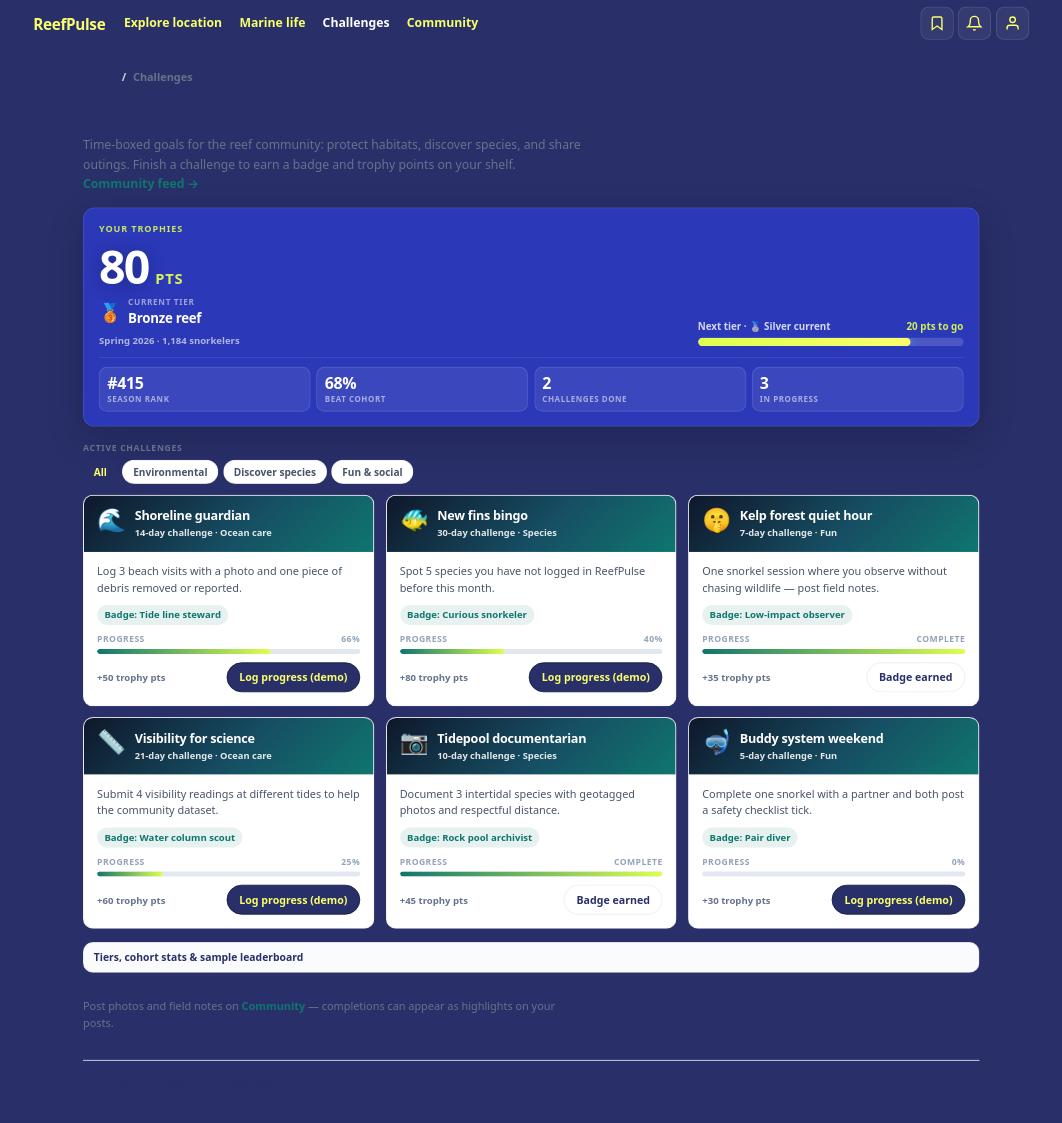
Repository: AayushSalvi/ReefPulse
Page: /challenges (app in frontend/)
These files come from the project's save history. The page is drawn as it stood at one moment and after the next save; the edit follows.
The browser window is 1280 px wide. The pictures show the whole page, at 83% of full size.
The project was rebuilt for these pictures with package versions that can differ from the ones it lists, and the page was loaded fresh each time. Also part of the build but not shown: frontend/vite.config.js, frontend/src/utils/geo.js, frontend/src/data/mockData.js, frontend/src/features/community/community.css, frontend/src/features/community/CommunityPage.jsx, frontend/src/features/explore/ExploreForecastRedirect.jsx, frontend/src/features/explore/ExploreMapsApiContext.jsx, frontend/src/features/explore/ExploreGoogleMapPanel.jsx and 20 more.

Above is the page before, as saved 2026-04-18 22:58:10.

### frontend/src/index.html
<!doctype html>
<html lang="en">
  <head>
    <meta charset="UTF-8" />
    <meta name="viewport" content="width=device-width, initial-scale=1.0" />
    <title>ReefPulse</title>
  </head>
  <body>
    <div id="root"></div>
    <script type="module" src="/main.jsx"></script>
  </body>
</html>

### frontend/src/main.jsx
/** App entry: React root + BrowserRouter (declarative router — not a data router). */
import React from "react";
import ReactDOM from "react-dom/client";
import { BrowserRouter } from "react-router-dom";
import App from "./App";
import "./styles/global.css";

ReactDOM.createRoot(document.getElementById("root")).render(
  <React.StrictMode>
    <BrowserRouter>
      <App />
    </BrowserRouter>
  </React.StrictMode>
);

### frontend/src/App.jsx
/**
 * ReefPulse — application routes
 *
 * Folder map (see `src/features/`):
 *   features/home/          → `/` marketing / home dashboard
 *   features/dashboard/     → `/dashboard` personalized “closest beach” view
 *   features/explore/       → `/explore`, `/explore/:locationId` location workspace + tabs
 *   features/marine-life/     → `/marine-life` species-first discovery
 *   features/community/     → `/community` posts & feed
 *   features/challenges/    → `/challenges` goals, badges, trophies
 *   features/saved/         → `/saved` alerts & saved places
 *   features/legacy/        → `/location/:id` redirects to Explore
 *   features/standalone/    → NOT routed here; optional admin / forecast UIs for future routes
 *
 * Shell: `layout/AppLayout.jsx` wraps all routes below except none (all under AppLayout).
 */
import { Navigate, Route, Routes } from "react-router-dom";
import AppLayout from "./layout/AppLayout";
import ChallengesPage from "./features/challenges/ChallengesPage";
import CommunityPage from "./features/community/CommunityPage";
import ExploreForecastRedirect from "./features/explore/ExploreForecastRedirect";
import ExploreIndexPage from "./features/explore/ExploreIndexPage";
import ExploreLayout from "./features/explore/ExploreLayout";
import ExploreLocationPage from "./features/explore/ExploreLocationPage";
import { ExploreMapsApiProvider } from "./features/explore/ExploreMapsApiContext";
import HomeDashboardPage from "./features/home/HomeDashboardPage";
import LegacyLocationRedirect from "./features/legacy/LegacyLocationRedirect";
import MarineLifeDiscoveryPage from "./features/marine-life/MarineLifeDiscoveryPage";
import SavedPlacesPage from "./features/saved/SavedPlacesPage";
import UserDashboardPage from "./features/dashboard/UserDashboardPage";

function App() {
  return (
    <Routes>
      <Route element={<AppLayout />}>
        {/* —— Public / marketing home —— */}
        <Route path="/" element={<HomeDashboardPage />} />

        {/* —— Explore: nested layout (sidebar + outlet) —— */}
        <Route path="/explore" element={<ExploreLayout />}>
          <Route index element={<ExploreIndexPage />} />
          <Route path=":locationId" element={<ExploreLocationPage />} />
          <Route path=":locationId/forecast" element={<ExploreForecastRedirect />} />
        </Route>

        {/* —— Other top-level app pages —— */}
        <Route
          path="/marine-life"
          element={
            <ExploreMapsApiProvider>
              <MarineLifeDiscoveryPage />
            </ExploreMapsApiProvider>
          }
        />
        <Route path="/dashboard" element={<UserDashboardPage />} />
        <Route path="/community" element={<CommunityPage />} />
        <Route path="/challenges" element={<ChallengesPage />} />
        <Route path="/saved" element={<SavedPlacesPage />} />

        {/* —— Back-compat deep links —— */}
        <Route path="/location/:locationId" element={<LegacyLocationRedirect />} />

        <Route path="*" element={<Navigate to="/" replace />} />
      </Route>
    </Routes>
  );
}

export default App;

### frontend/src/styles/global.css
/*
 * ReefPulse — global styles (loaded once from main.jsx).
 * Page-specific styles live next to each feature under src/features/<name>/*.css
 */
:root {
  --rp-navy: #292f69;
  --rp-navy-deep: #121a36;
  --rp-lime: #faff6c;
  --rp-lime-soft: #e8ff7a;
  --rp-surface: #292f69;
  --rp-white: #ffffff;
  --rp-muted: #8b9bb8;
  font-family:
    Manrope,
    system-ui,
    -apple-system,
    Segoe UI,
    Manrope,
    sans-serif;
  color: #152238;
  background: var(--rp-surface);
}

* {
  box-sizing: border-box;
}

body {
  margin: 0;
}

.app-shell {
  min-height: 100vh;
  display: flex;
  flex-direction: column;
}

/* —— Global top navigation (single row: brand | links | icon tools) —— */
.top-nav {
  position: sticky;
  top: 0;
  z-index: 200;
  display: flex;
  flex-direction: row;
  flex-wrap: nowrap;
  align-items: center;
  gap: 0.5rem 1.25rem;
  padding: 0.5rem clamp(1rem, 4vw, 2.5rem);
  background: var(--rp-navy);
}

.top-nav-brand {
  font-size: 1.15rem;
  font-weight: 800;
  letter-spacing: -0.02em;
  color: var(--rp-lime);
  text-decoration: none;
  flex-shrink: 0;
}

.top-nav-brand:hover {
  color: var(--rp-lime-soft);
}

.top-nav-tools {
  display: flex;
  align-items: center;
  flex-shrink: 0;
  gap: 0.35rem;
  margin-left: auto;
}

.top-nav-icon {
  display: inline-flex;
  align-items: center;
  justify-content: center;
  width: 2.5rem;
  height: 2.5rem;
  border-radius: 10px;
  color: #faff6c;
  text-decoration: none;
  border: 1px solid rgba(255, 255, 255, 0.12);
  background: rgba(255, 255, 255, 0.06);
}

.top-nav-icon:hover {
  border-color: rgba(223, 255, 79, 0.45);
  color: #fff;
}

.top-nav-icon.is-active {
  color: var(--rp-lime);
  border-color: rgba(223, 255, 79, 0.55);
  background: rgba(223, 255, 79, 0.08);
}

.top-nav-links {
  display: flex;
  flex-wrap: nowrap;
  align-items: center;
  gap: 0.25rem 1rem;
  flex: 1;
  min-width: 0;
  overflow-x: auto;
  scrollbar-width: thin;
  padding-bottom: 0.1rem;
  -webkit-overflow-scrolling: touch;
}

.top-nav-link {
  font-size: 0.92rem;
  font-weight: 600;
  color: #faff6c;
  text-decoration: none;
  padding: 0.35rem 0.15rem;
  white-space: nowrap;
  flex-shrink: 0;
}

.top-nav-link:hover {
  color: var(--rp-white);
}

.top-nav-link.is-active {
  color: var(--rp-white);
  border-bottom-color: var(--rp-lime);
}

.page-content {
  flex: 1;
}

.page-content--bleed {
  max-width: none;
  margin: 0;
  padding: 0;
}

.page-content--app {
  max-width: 1200px;
  margin: 0 auto;
  width: 100%;
  padding: clamp(1rem, 3vw, 1.75rem) clamp(1rem, 4vw, 2rem) 2.5rem;
  background: var(--rp-surface);
}

.visually-hidden {
  position: absolute;
  width: 1px;
  height: 1px;
  padding: 0;
  margin: -1px;
  overflow: hidden;
  clip: rect(0, 0, 0, 0);
  white-space: nowrap;
  border: 0;
}

/* Shared inner-page chrome */
.rp-breadcrumb {
  display: flex;
  flex-wrap: wrap;
  align-items: center;
  gap: 0.35rem 0.5rem;
  margin-bottom: 1.25rem;
  font-size: 0.82rem;
  font-weight: 600;
  color: #64748b;
}

.rp-breadcrumb a {
  color: var(--rp-navy);
  text-decoration: none;
}

.rp-breadcrumb a:hover {
  text-decoration: underline;
  text-underline-offset: 2px;
}

.rp-breadcrumb-sep {
  color: #cbd5e1;
  user-select: none;
}

.rp-page-title {
  margin: 0 0 1.25rem;
  padding: 1rem 1.25rem;
  background: linear-gradient(135deg, var(--rp-navy) 0%, #2a3766 100%);
  color: var(--rp-white);
}

.rp-page-title h1 {
  margin: 0 0 0.35rem;
  font-size: clamp(1.25rem, 3vw, 1.6rem);
  font-weight: 800;
  letter-spacing: -0.02em;
  color: var(--rp-lime);
}

.rp-page-title p {
  margin: 0;
  font-size: 0.9rem;
  line-height: 1.45;
  color: rgba(255, 255, 255, 0.88);
  font-weight: 500;
}

.lead {
  color: #37506c;
}

.grid {
  display: grid;
  gap: 1rem;
}

.two-col {
  grid-template-columns: repeat(auto-fit, minmax(280px, 1fr));
}

.panel {
  background: #fff;
  border: 1px solid #dce8f5;
  border-radius: 12px;
  padding: 1rem;
}

### frontend/src/layout/AppLayout.jsx
/**
 * ReefPulse — application shell (persistent chrome)
 *
 * Single-row header: brand → main nav → icon shortcuts (Saved, Alerts, Dashboard).
 * `/saved` via bookmark and bell; `/dashboard` via the user icon on the right.
 */
import { NavLink, Outlet, useLocation } from "react-router-dom";

/** Main nav items (beach-first IA). */
const navItems = [
  { to: "/explore", label: "Explore location", end: false },
  { to: "/marine-life", label: "Marine life", end: true },
  { to: "/challenges", label: "Challenges", end: true },
  { to: "/community", label: "Community", end: true }
];

function IconBookmark() {
  return (
    <svg width="20" height="20" viewBox="0 0 24 24" fill="none" stroke="currentColor" strokeWidth="2" aria-hidden>
      <path d="M19 21l-7-5-7 5V5a2 2 0 0 1 2-2h10a2 2 0 0 1 2 2z" />
    </svg>
  );
}

function IconBell() {
  return (
    <svg width="20" height="20" viewBox="0 0 24 24" fill="none" stroke="currentColor" strokeWidth="2" aria-hidden>
      <path d="M18 8A6 6 0 0 0 6 8c0 7-3 9-3 9h18s-3-2-3-9" />
      <path d="M13.73 21a2 2 0 0 1-3.46 0" />
    </svg>
  );
}

function IconUser() {
  return (
    <svg width="20" height="20" viewBox="0 0 24 24" fill="none" stroke="currentColor" strokeWidth="2" aria-hidden>
      <path d="M20 21v-2a4 4 0 0 0-4-4H8a4 4 0 0 0-4 4v2" />
      <circle cx="12" cy="7" r="4" />
    </svg>
  );
}

function AppLayout() {
  const { pathname } = useLocation();
  const isHome = pathname === "/";
  const fullBleed = isHome;

  return (
    <div className="app-shell">
      <header className="top-nav">
        <NavLink to="/" className="top-nav-brand" end>
          ReefPulse
        </NavLink>

        <nav className="top-nav-links" aria-label="Main">
          {navItems.map((item) => (
            <NavLink
              key={item.to}
              to={item.to}
              end={item.end}
              className={({ isActive }) => `top-nav-link ${isActive ? "is-active" : ""}`}
            >
              {item.label}
            </NavLink>
          ))}
        </nav>

        <div className="top-nav-tools">
          <NavLink
            to="/saved"
            className={({ isActive }) => `top-nav-icon ${isActive ? "is-active" : ""}`}
            title="Saved places"
            aria-label="Saved places"
          >
            <IconBookmark />
            <span className="visually-hidden">Saved places</span>
          </NavLink>
          <NavLink
            to="/saved#coastal-alerts"
            className={({ isActive }) => `top-nav-icon ${isActive ? "is-active" : ""}`}
            title="Alerts"
            aria-label="Alerts"
          >
            <IconBell />
            <span className="visually-hidden">Alerts</span>
          </NavLink>
          <NavLink
            to="/dashboard"
            className={({ isActive }) => `top-nav-icon ${isActive ? "is-active" : ""}`}
            title="Dashboard"
            aria-label="Dashboard"
            end
          >
            <IconUser />
            <span className="visually-hidden">Dashboard</span>
          </NavLink>
        </div>
      </header>

      <main className={fullBleed ? "page-content page-content--bleed" : "page-content page-content--app"}>
        <div key={pathname} className="rp-route-outlet">
          <Outlet />
        </div>
      </main>
    </div>
  );
}

export default AppLayout;

### frontend/src/features/challenges/challenges.css
/* ReefPulse — Challenges (goal cards + trophy shelf) */

.challenges-page {
  --ch-radius: 12px;
  --ch-border: rgba(27, 37, 75, 0.08);
  --ch-muted: #64748b;
  max-width: 1080px;
}

.challenges-breadcrumb {
  margin-bottom: 0.35rem;
}

.challenges-hero {
  margin-bottom: 1rem;
}

.challenges-hero h1 {
  margin: 0 0 0.4rem;
  font-size: clamp(1.35rem, 2.5vw, 1.6rem);
  font-weight: 800;
  letter-spacing: -0.03em;
  color: var(--rp-navy, #1b254b);
}

.challenges-hero__lead {
  margin: 0;
  max-width: 38rem;
  font-size: 0.92rem;
  line-height: 1.6;
  color: var(--ch-muted);
  font-weight: 500;
}

.challenges-hero__link {
  font-weight: 700;
  color: #0f766e;
  text-decoration: none;
  white-space: nowrap;
}

.challenges-hero__link:hover {
  text-decoration: underline;
}

/* —— Trophy spotlight (above challenge grid) —— */
.ch-trophy-banner {
  margin-bottom: 1.15rem;
  padding: 1rem 1.15rem 1.05rem;
  border-radius: calc(var(--ch-radius) + 2px);
  border: 1px solid rgba(255, 255, 255, 0.12);
  background: #2b38b8;
  color: #f1f5f9;
  box-shadow: 0 14px 40px rgba(15, 23, 42, 0.28);
}

.ch-trophy-banner__kicker {
  margin: 0 0 0.65rem;
  font-size: 0.68rem;
  font-weight: 800;
  letter-spacing: 0.1em;
  text-transform: uppercase;
  color: rgba(223, 255, 79, 0.88);
}

.ch-trophy-banner__grid {
  display: grid;
  gap: 1rem 1.25rem;
  align-items: end;
}

@media (min-width: 720px) {
  .ch-trophy-banner__grid {
    grid-template-columns: minmax(0, 1fr) minmax(200px, 320px);
    align-items: end;
  }
}

.ch-trophy-banner__primary {
  min-width: 0;
}

.ch-trophy-banner__score {
  margin: 0;
  display: flex;
  flex-wrap: wrap;
  align-items: baseline;
  gap: 0.35rem 0.5rem;
}

.ch-trophy-banner__num {
  font-size: clamp(2.5rem, 6.5vw, 3.5rem);
  font-weight: 800;
  letter-spacing: -0.04em;
  line-height: 1;
  color: #fff;
  text-shadow: 0 2px 20px rgba(0, 0, 0, 0.25);
}

.ch-trophy-banner__unit {
  font-size: 1.1rem;
  font-weight: 800;
  letter-spacing: 0.06em;
  text-transform: uppercase;
  color: rgba(223, 255, 79, 0.95);
}

.ch-trophy-banner__tier {
  margin: 0.55rem 0 0;
  display: flex;
  align-items: center;
  gap: 0.5rem;
}

.ch-trophy-banner__tier-emoji {
  font-size: 1.35rem;
  line-height: 1;
}

.ch-trophy-banner__tier-text {
  display: flex;
  flex-direction: column;
  gap: 0.08rem;
  min-width: 0;
}

.ch-trophy-banner__tier-label {
  font-size: 0.62rem;
  font-weight: 800;
  letter-spacing: 0.08em;
  text-transform: uppercase;
  color: rgba(248, 250, 252, 0.55);
}

.ch-trophy-banner__tier-name {
  font-size: 1rem;
  font-weight: 800;
  color: #fff;
  letter-spacing: -0.02em;
}

.ch-trophy-banner__season {
  margin: 0.45rem 0 0;
  font-size: 0.72rem;
  font-weight: 600;
  color: rgba(248, 250, 252, 0.65);
}

.ch-trophy-banner__aside {
  min-width: 0;
}

.ch-trophy-banner__next-label {
  margin: 0 0 0.4rem;
  display: flex;
  flex-wrap: wrap;
  justify-content: space-between;
  gap: 0.35rem 0.75rem;
  font-size: 0.74rem;
  font-weight: 700;
  color: rgba(248, 250, 252, 0.82);
}

.ch-trophy-banner__next-gap {
  color: rgba(223, 255, 79, 0.92);
  font-variant-numeric: tabular-nums;
}

.ch-trophy-banner__bar {
  height: 10px;
  border-radius: 999px;
  background: rgba(255, 255, 255, 0.16);
  overflow: hidden;
}

.ch-trophy-banner__fill {
  height: 100%;
  border-radius: 999px;
  background: linear-gradient(90deg, #dfff4f, #faff6c);
  box-shadow: 0 0 12px rgba(94, 234, 212, 0.45);
  transition: width 0.35s ease;
}

.ch-trophy-banner__maxed {
  margin: 0;
  font-size: 0.85rem;
  font-weight: 700;
  color: rgba(223, 255, 79, 0.95);
}

.ch-trophy-banner__stats {
  list-style: none;
  margin: 0.85rem 0 0;
  padding: 0.65rem 0 0;
  border-top: 1px solid rgba(255, 255, 255, 0.12);
  display: grid;
  grid-template-columns: repeat(2, 1fr);
  gap: 0.45rem;
}

@media (min-width: 520px) {
  .ch-trophy-banner__stats {
    grid-template-columns: repeat(4, 1fr);
  }
}

.ch-trophy-banner__stats li {
  margin: 0;
  padding: 0.5rem 0.55rem;
  border-radius: 10px;
  background: rgba(255, 255, 255, 0.08);
  border: 1px solid rgba(255, 255, 255, 0.12);
  display: flex;
  flex-direction: column;
  gap: 0.15rem;
}

.ch-trophy-banner__stat-num {
  font-size: 1.2rem;
  font-weight: 800;
  letter-spacing: -0.02em;
  color: #fff;
  line-height: 1.1;
  font-variant-numeric: tabular-nums;
}

.ch-trophy-banner__stat-label {
  font-size: 0.6rem;
  font-weight: 800;
  letter-spacing: 0.07em;
  text-transform: uppercase;
  color: rgba(248, 250, 252, 0.58);
}

/* —— Active challenge grid —— */
.ch-main-block {
  margin-bottom: 1rem;
}

.ch-main-block__label {
  margin: 0 0 0.45rem;
  font-size: 0.65rem;
  font-weight: 800;
  letter-spacing: 0.08em;
  text-transform: uppercase;
  color: #64748b;
}

.ch-main-block .ch-theme-row {
  margin-bottom: 0.85rem;
}

/* —— Collapsible depth: tiers + table —— */
.ch-details {
  margin-bottom: 1rem;
  border-radius: var(--ch-radius);
  border: 1px solid var(--ch-border);
  background: #fafbfc;
  overflow: hidden;
}

.ch-details__summary {
  padding: 0.55rem 0.75rem;
  font-size: 0.78rem;
  font-weight: 700;
  color: var(--rp-navy, #1b254b);
  cursor: pointer;
  list-style-position: outside;
}

.ch-details__summary:hover {
  background: rgba(27, 37, 75, 0.04);
}

.ch-details__body {
  padding: 0 0.65rem 0.65rem;
  border-top: 1px solid #f1f5f9;
  background: #fff;
}

.ch-tiers-inline {
  display: flex;
  flex-wrap: wrap;
  gap: 0.35rem;
  padding: 0.65rem 0 0.5rem;
}

.ch-tier-chip {
  display: inline-flex;
  align-items: center;
  gap: 0.3rem;
  padding: 0.28rem 0.5rem;
  border-radius: 999px;
  font-size: 0.68rem;
  font-weight: 700;
  color: #475569;
  background: #f1f5f9;
  border: 1px solid #e2e8f0;
}

.ch-tier-chip.is-current {
  border-color: rgba(15, 118, 110, 0.45);
  background: rgba(223, 255, 79, 0.35);
  color: var(--rp-navy, #1b254b);
}

.ch-tier-chip.is-locked {
  opacity: 0.45;
}

.ch-tier-chip__name {
  max-width: 7rem;
  overflow: hidden;
  text-overflow: ellipsis;
  white-space: nowrap;
}

.ch-details__cohort {
  margin: 0 0 0.5rem;
  font-size: 0.74rem;
  color: #64748b;
}

.ch-compare__table-wrap--nested {
  border-radius: 8px;
  border: 1px solid #f1f5f9;
}

.ch-compare__caption {
  caption-side: bottom;
  padding: 0.4rem 0.5rem 0.45rem;
  font-size: 0.68rem;
  line-height: 1.4;
  color: #94a3b8;
  text-align: left;
}

.ch-compare__table {
  width: 100%;
  border-collapse: collapse;
  font-size: 0.82rem;
}

.ch-compare__table--compact {
  font-size: 0.76rem;
}

.ch-compare__table th,
.ch-compare__table td {
  padding: 0.55rem 0.75rem;
  text-align: left;
  border-bottom: 1px solid #f1f5f9;
}

.ch-compare__table--compact th,
.ch-compare__table--compact td {
  padding: 0.35rem 0.5rem;
}

.ch-compare__table th {
  font-size: 0.6rem;
  font-weight: 800;
  letter-spacing: 0.06em;
  text-transform: uppercase;
  color: #64748b;
  background: #f8fafc;
}

.ch-compare__table tbody tr:last-child td {
  border-bottom: none;
}

.ch-compare__table tbody tr.is-you {
  background: rgba(223, 255, 79, 0.2);
}

.ch-compare__table tbody tr.is-you td {
  font-weight: 700;
  color: var(--rp-navy, #1b254b);
}

.ch-compare__table td:nth-child(2) {
  font-variant-numeric: tabular-nums;
}

.challenges-btn {
  display: inline-flex;
  align-items: center;
  gap: 0.4rem;
  padding: 0.5rem 0.9rem;
  border-radius: 999px;
  font-size: 0.8rem;
  font-weight: 700;
  font-family: inherit;
  text-decoration: none;
  border: 1px solid var(--ch-border);
  background: #fff;
  color: var(--rp-navy, #1b254b);
  cursor: pointer;
  transition:
    background 0.15s ease,
    border-color 0.15s ease;
}

.challenges-btn:hover {
  background: rgba(27, 37, 75, 0.04);
  border-color: rgba(27, 37, 75, 0.15);
}

.challenges-btn--primary {
  background: var(--rp-navy, #1b254b);
  color: var(--rp-lime, #dfff4f);
  border-color: var(--rp-navy-deep, #121a36);
}

.challenges-btn--primary:hover {
  background: var(--rp-navy-deep, #121a36);
  color: #e8ff7a;
}

/* Theme chips */
.ch-theme-row {
  display: flex;
  flex-wrap: wrap;
  gap: 0.35rem;
  margin-bottom: 1rem;
}

.ch-theme-chip {
  padding: 0.32rem 0.75rem;
  border-radius: 999px;
  border: 1px solid var(--ch-border);
  background: #fff;
  font-size: 0.76rem;
  font-weight: 700;
  color: #475569;
  cursor: pointer;
  font-family: inherit;
}

.ch-theme-chip.is-on {
  background: var(--rp-navy, #1b254b);
  color: var(--rp-lime, #dfff4f);
  border-color: var(--rp-navy, #1b254b);
}

/* Challenge cards */
.ch-grid {
  display: grid;
  grid-template-columns: repeat(auto-fill, minmax(272px, 1fr));
  gap: 0.85rem;
}

.ch-card {
  display: flex;
  flex-direction: column;
  border-radius: var(--ch-radius);
  border: 1px solid var(--ch-border);
  background: #fff;
  overflow: hidden;
  transition: box-shadow 0.15s ease;
}

.ch-card:hover {
  box-shadow: 0 6px 22px rgba(18, 26, 54, 0.06);
  border-color: rgba(27, 37, 75, 0.12);
}

.ch-card__banner {
  padding: 0.85rem 1rem;
  min-height: 4.25rem;
  display: flex;
  align-items: flex-start;
  gap: 0.65rem;
  background: linear-gradient(135deg, #0f172a 0%, #164e63 55%, #0f766e 100%);
  color: #fff;
}

.ch-card__emoji {
  font-size: 1.75rem;
  line-height: 1;
}

.ch-card__banner-text {
  min-width: 0;
}

.ch-card__title {
  margin: 0;
  font-size: 0.95rem;
  font-weight: 800;
  letter-spacing: -0.02em;
}

.ch-card__meta {
  margin: 0.2rem 0 0;
  font-size: 0.7rem;
  opacity: 0.88;
  font-weight: 600;
}

.ch-card__body {
  padding: 0.85rem 1rem 1rem;
  display: flex;
  flex-direction: column;
  gap: 0.65rem;
  flex: 1;
}

.ch-card__blurb {
  margin: 0;
  font-size: 0.82rem;
  line-height: 1.5;
  color: #475569;
}

.ch-card__badge {
  display: inline-flex;
  align-items: center;
  gap: 0.35rem;
  font-size: 0.72rem;
  font-weight: 700;
  color: #0f766e;
  background: rgba(15, 118, 110, 0.1);
  padding: 0.28rem 0.55rem;
  border-radius: 999px;
  width: fit-content;
}

.ch-card__progress {
  margin-top: auto;
}

.ch-card__progress-label {
  display: flex;
  justify-content: space-between;
  font-size: 0.65rem;
  font-weight: 700;
  text-transform: uppercase;
  letter-spacing: 0.05em;
  color: #94a3b8;
  margin-bottom: 0.28rem;
}

.ch-card__progress-bar {
  height: 6px;
  border-radius: 999px;
  background: #e2e8f0;
  overflow: hidden;
}

.ch-card__progress-fill {
  height: 100%;
  border-radius: 999px;
  background: linear-gradient(90deg, #0f766e, #dfff4f);
  transition: width 0.3s ease;
}

.ch-card__footer {
  display: flex;
  align-items: center;
  justify-content: space-between;
  gap: 0.5rem;
  flex-wrap: wrap;
}

.ch-card__points {
  font-size: 0.72rem;
  font-weight: 700;
  color: #64748b;
}

.challenges-cross {
  margin-top: 1.25rem;
  padding: 0.65rem 0;
  border-top: 1px solid var(--ch-border);
}

.challenges-cross p {
  margin: 0;
  max-width: 38rem;
  font-size: 0.82rem;
  line-height: 1.5;
  color: #64748b;
}

.challenges-cross a {
  color: #0f766e;
  font-weight: 700;
  text-decoration: none;
}

.challenges-cross a:hover {
  text-decoration: underline;
}

.challenges-footer-links {
  margin-top: 1.5rem;
}

Loaded but not shown: frontend/src/data/challengesData.js (159 lines, source omitted); frontend/src/features/challenges/ChallengesPage.jsx (254 lines, source omitted); frontend/src/features/explore/workflow.css (354 lines, source omitted)

After the next save:
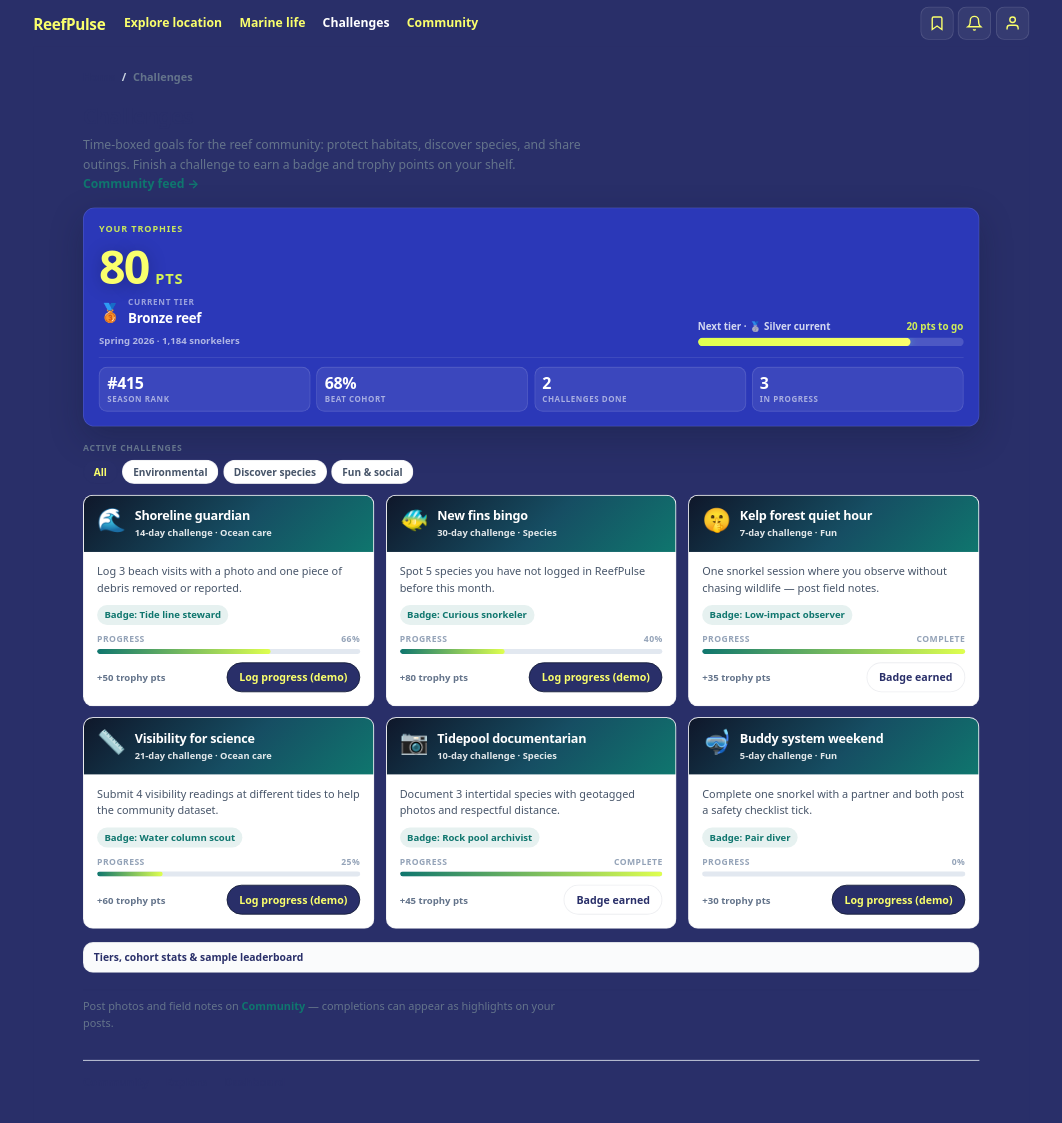
Saved 37 s later.
--- a/frontend/src/features/challenges/challenges.css
+++ b/frontend/src/features/challenges/challenges.css
@@ -93,7 +93,7 @@
   font-weight: 800;
   letter-spacing: -0.04em;
   line-height: 1;
-  color: #fff;
+  color: #faff6c;
   text-shadow: 0 2px 20px rgba(0, 0, 0, 0.25);
 }
 
